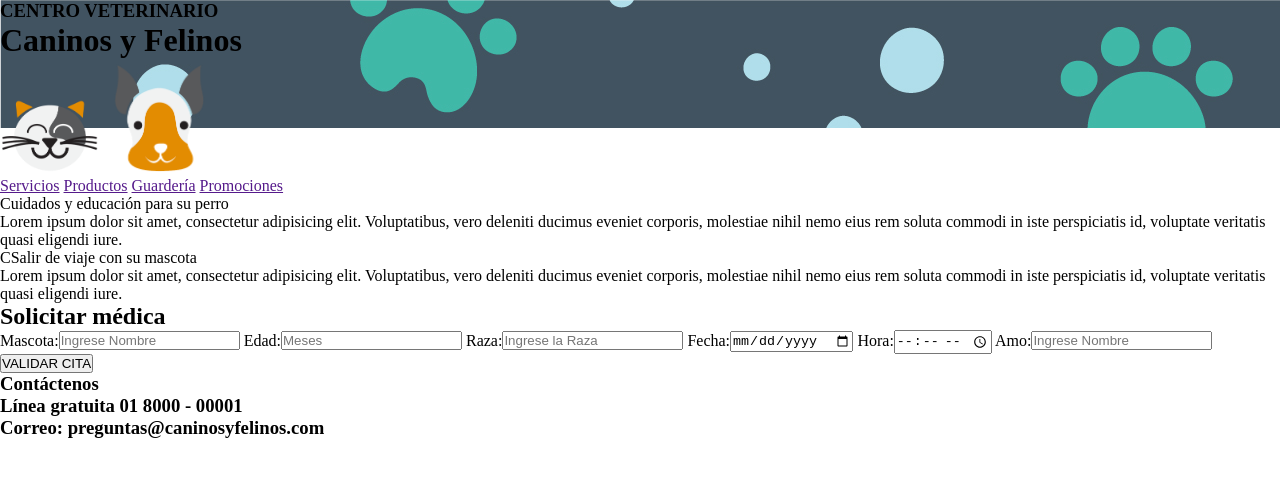
Repository: mariomr87/senaweb01
Page: principal.html
These files come from the project's save history. The page is drawn as it stood at one moment and after the next save; the edit follows.
The browser window is 1280 px wide. The pictures show the whole page.

Above is the page before, as saved 2021-09-26 19:46:44.

After the next save:
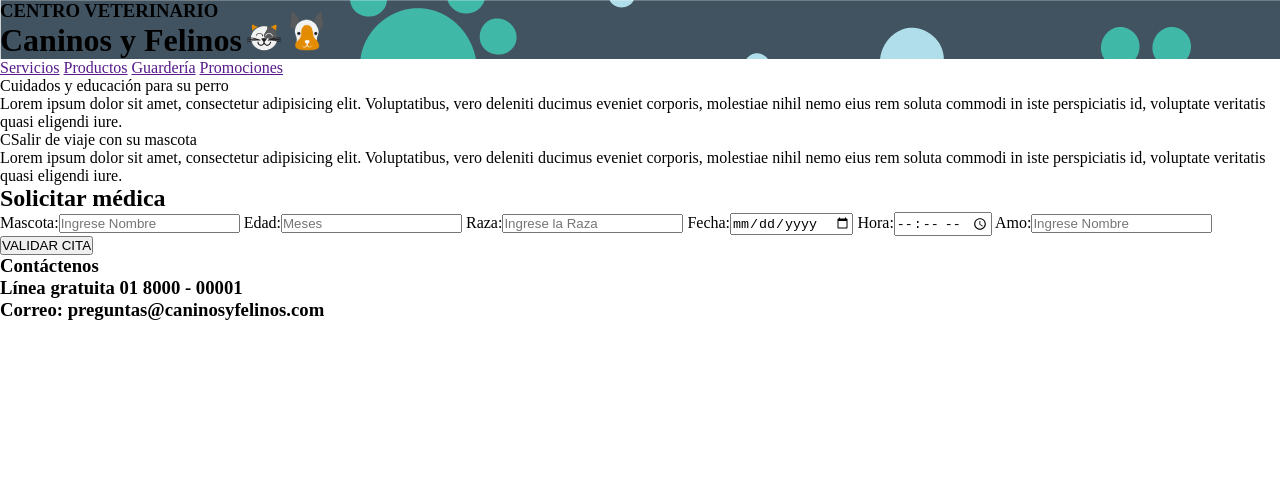
Saved 53 s later.
--- a/estilos.css
+++ b/estilos.css
@@ -15,10 +15,9 @@ header{
     background-image: url("./imagenes/OPSEG70.jpg");
     background-repeat: initial;
     width: 100%;
-    height: 8em;
-    display: inline-block;
+
 }
 
 .header-text{
-
+    display: inline-block;
 }
